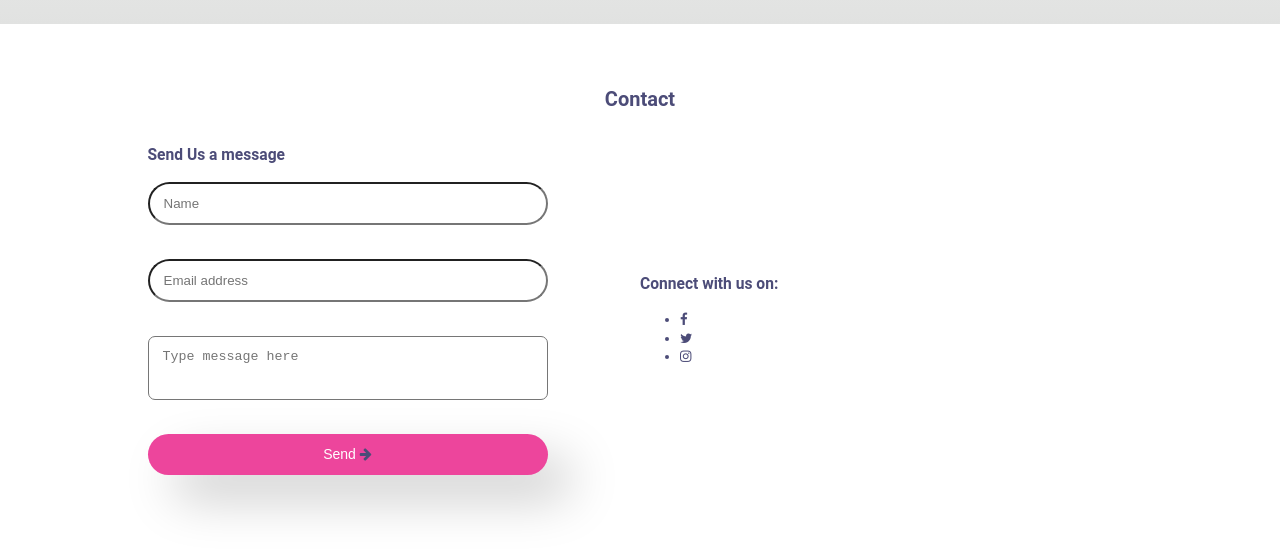
Repository: wisdomspine/emmatech-website
Page: index.html
These files come from the project's save history. The page is drawn as it stood at one moment and after the next save; the edit follows.
The browser window is 1280 px wide. The pictures show the part of the page from y = 1532 to 2085 px (the page is 2085 px tall).
A picture or video elsewhere on the page could not be fetched, so the positions and the page height are approximate.

Above is the page before, as saved 2020-11-02 12:27:51.

After the next save:
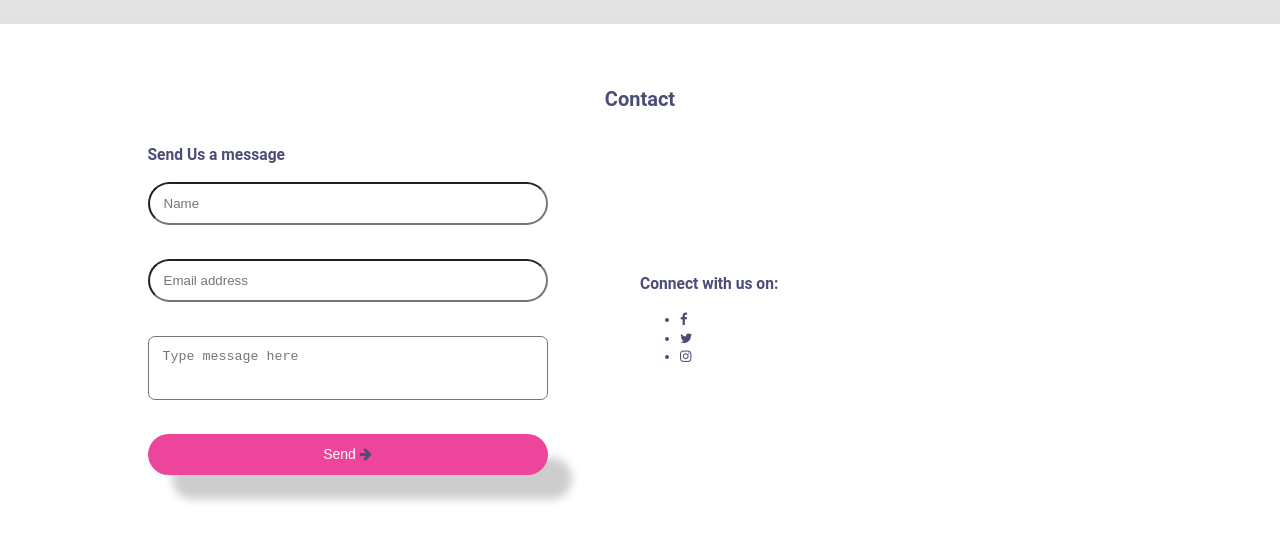
Saved 5 s later.
--- a/assets/styles/index.css
+++ b/assets/styles/index.css
@@ -146,5 +146,5 @@ textarea{
 
 .home-contact button{
     border: none;
-    box-shadow: 24px 24px 50px #cccccc;
+    box-shadow: 24px 24px 10px #cccccc;
 }
